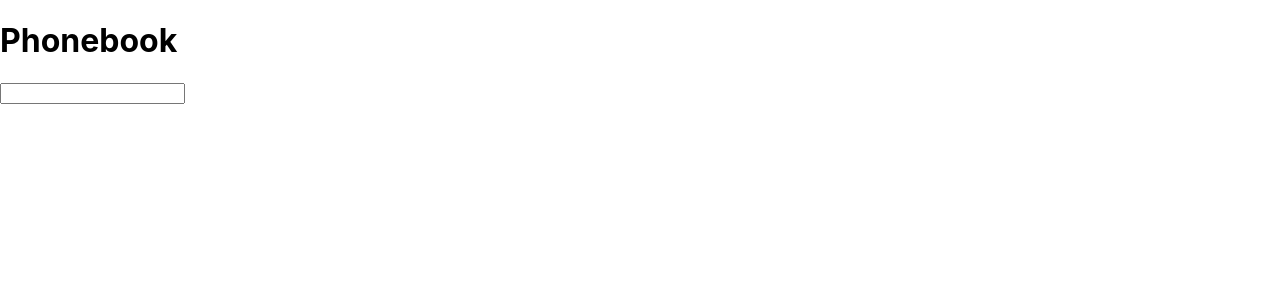
Repository: alexshlikhta/goit-react-hw-02-phonebook
Page: /
The author's editor kept a copy of each file at every save. The page is drawn from the files as they stood at one save, then again after the next save.
The browser window is 1280 px wide. The pictures show the whole page.
The project was rebuilt for these pictures with package versions that can differ from the ones it lists, and the page was loaded fresh each time. Also part of the build but not shown: src/App.css.

Above is the page before, as saved 2021-12-07 21:30:14.

### src/App.js
import './App.css';
import { react, Component } from 'react';
export default class App extends Component {
	state = {
		contacts: [],
		name: '',
	};

	inputValue = '';

	handleChange = (e) => {
		this.inputValue = e.target.value;
	};

	render() {
		return (
			<>
				<h1>Phonebook</h1>

				<form>
					<input
						type='text'
						name='name'
						pattern="^[a-zA-Zа-яА-Я]+(([' -][a-zA-Zа-яА-Я ])?[a-zA-Zа-яА-Я]*)*$"
						title="Name may contain only letters, apostrophe, dash and spaces. For example Adrian, Jacob Mercer, Charles de Batz de Castelmore d'Artagnan"
						required
						value={this.inputValue}
						onChange={this.handleChange}
					/>
				</form>
			</>
		);
	}
}

Loaded but not shown: public/index.html (common file); src/index.js (common file); src/index.css (common file); src/reportWebVitals.js (common file)

After the next save:
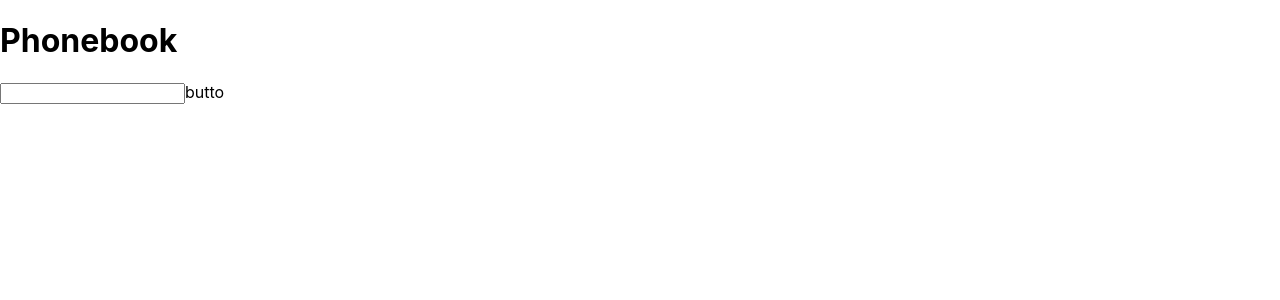
Saved 53 s later.
--- a/src/App.js
+++ b/src/App.js
@@ -26,7 +26,9 @@ export default class App extends Component {
 						required
 						value={this.inputValue}
 						onChange={this.handleChange}
-					/>
+          />
+
+          butto
 				</form>
 			</>
 		);
